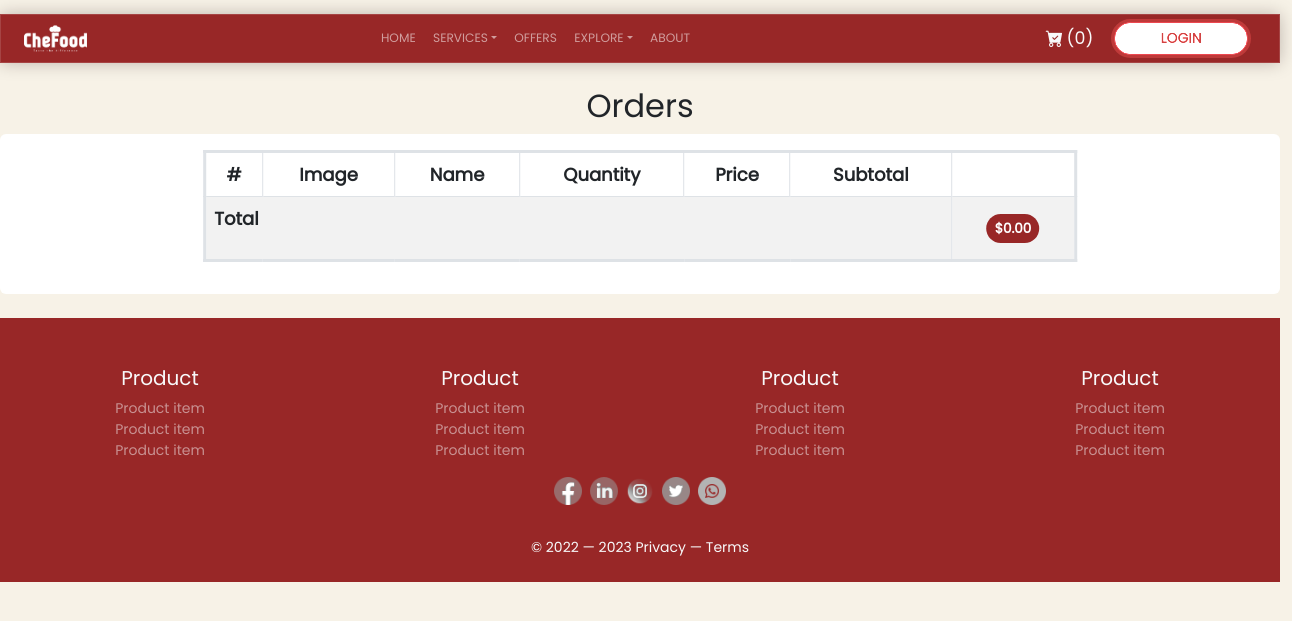
Repository: qamchamine/chefood
Page: /cart (app in front-end/)
These files come from the project's save history. The page is drawn as it stood at one moment and after a run of saves; the edit follows.
The browser window is 1280 px wide. The page is 1292 px wide, so the pictures cover 1292 px, including what lies to the right of the window. The pictures show the whole page.
The project was rebuilt for these pictures with package versions that can differ from the ones it lists, and the page was loaded fresh each time. Some packages were replaced by stand-ins written for this rebuild. Also part of the build but not shown: front-end/src/css/products.css, front-end/src/components/small_components/ProductCard.jsx, front-end/src/components/small_components/AddProduct.jsx, front-end/src/components/pages/sub-pages/Products.jsx, front-end/src/components/small_components/ButtonMain.jsx, front-end/src/components/small_components/HomeCard.jsx, front-end/src/components/small_components/HomeCardFullSection.jsx, front-end/src/components/pages/Home.jsx and 34 more. Imported but missing from the stored project, and not drawn on this page: front-end/src/sounds/applause.mp3, front-end/src/sounds/wheel.mp3.

Above is the page before, as saved 2023-06-25 20:15:25.

### front-end/public/index.html
<!DOCTYPE html>
<html lang="en">
  <head>
    <meta charset="utf-8" />
    <link rel="icon" href="%PUBLIC_URL%/favicon.ico" />
    <meta name="viewport" content="width=device-width, initial-scale=1" />
    <meta name="theme-color" content="#000000" />
    <meta
      name="description"
      content="Web site created using create-react-app"
    />
    <link
    rel="stylesheet"
    href="https://fonts.googleapis.com/css?family=Roboto:400,700"
  />
  <link rel="stylesheet" href="https://cdn.jsdelivr.net/npm/bootstrap-icons@1.10.5/font/bootstrap-icons.css">

    <link rel="apple-touch-icon" href="%PUBLIC_URL%/logo192.png" />
    <link rel="manifest" href="%PUBLIC_URL%/manifest.json" />

    <link rel="stylesheet" href="https://fonts.googleapis.com/icon?family=Material+Icons">

    <link rel="stylesheet" href="https://maxcdn.bootstrapcdn.com/font-awesome/4.7.0/css/font-awesome.min.css">
    <script src="https://code.jquery.com/jquery-3.5.1.min.js"></script>
    <script src="https://cdn.jsdelivr.net/npm/popper.js@1.16.0/dist/umd/popper.min.js"></script>




    <title>React App</title>
  </head>
  <body>

    <div id="root"></div>
<!--     <script src="jquery/jquery-3.6.0.js"></script>  -->
    <script src="https://unpkg.com/sweetalert/dist/sweetalert.min.js"></script>

  </body>
</html>

### front-end/src/config/ShoppingContext.jsx

  import React, { createContext, useState, useEffect } from 'react';
  import Swal from 'sweetalert2'
  import axios from 'axios';

   const ShoppingContext = createContext();

const ShoppingProvider = ({ children }) => {
/*     const [orders,setOrders] = useState([])
     */

/*       function removeFromCart(item){
        setCartItems(cartItems.filter(product => product.id !== item.id));
        Swal.fire({
          position: 'top-end',
          icon: 'success',
          title: 'Your item has been removed',
          showConfirmButton: false,
          timer: 1500
        });
      } */

      return (
    <ShoppingContext.Provider value={
        { /* orders,setOrders */
          /* products,  cartItems, removeFromCart */
        }
      }>      {children}
    </ShoppingContext.Provider>
  );
};
export { ShoppingContext, ShoppingProvider }

### front-end/src/components/small_components/shopping/Cart.jsx
import React,{useContext ,useEffect, useState} from 'react';
import axios from 'axios';
import '../../../css/cart.css'
import { ShoppingContext } from '../../../config/ShoppingContext';
import { LoginContext } from '../../../config/LoginContext';
import { getProd } from '../../pages/sub-pages/Products';
export default function Cart() {
    const {orders, setOrders} = useContext(LoginContext);
    const {prod, setProd} = useContext(LoginContext);
    const {userData, setUserData} = useContext(LoginContext);
    const {isLoggedIn} = useContext(LoginContext);
    const {loading, setLoading} = useContext(LoginContext);
    const [userOrders, setUserOrders] = useState([]);

/* useEffect(() => {
  setUserOrders(orders.filter(el=>el.user_id === 1))

  console.log(userOrders);
},[]); */

    return (
        <div className="row my-4 cart-page ">
            <h2 className='text-center'>Orders</h2>
            <div className="col-md-12">
                <div className="card">
                    <div className="card-body">
                        <table className="table table-hover table-striped ajouterPanierTable table-bordered">
                            <thead >
                                <tr>
                                    <th >#</th>
                                    <th >Image</th>
                                    <th >Name</th>
                                    <th >Quantity</th>
                                    <th >Price</th>
                                    <th>Subtotal</th>
                                    <th ></th>
                                </tr>
                            </thead>
                            <tbody>
                            { isLoggedIn?orders.map((item,i) => (
                                    <tr key={item.id}>

                                        <th scope="row">{i+1}</th>
                                        <td>
                {/*                             <img src={require(`../../../images/products/${prod.find(el=>el.id==item.product_id).category} (${prod.find((el,i)=>el.id===item.product_id).img}).png`)} alt={item.product_name}
                                                className="img-fluid rounded"
                                                width={60} height={60} /> */}
                                        </td>
                                        <td>{item.product_name}</td>
                                        <td>

                                            <b className="mx-2">
                                                {item.product_quantity}
                                            </b>

                                        </td>
                                        <td>{prod.find((el,i)=>el.id===item.product_id).price} <b>MAD</b> </td>
                                       <td>{(item.product_quantity * prod.find((el,i)=>el.id===item.product_id).price).toFixed(2)} MAD</td>
                                        <td>
                                            <i
                                                className="bi bi-cart-x text-danger"
                                                style={{cursor: 'pointer'}}
                                          /*       onClick={() => removeFromCart(item)} */
                                            ></i>
                                        </td>
                                    </tr>
                                )): ''
                            }
                            <tr>
                                <th colSpan={6} className="text-start">
                                    Total
                                </th>
                                <th colSpan={1} className=" b py-3">
                                    <span style={{background:'#982727'}} className="badge text-center p-2 rounded-pill ">
                                        $
                                        {
                                            orders.reduce((acc,item) => acc += item.product_quantity * prod.find((el,i)=>el.id===item.product_id).price,0).toFixed(2)
                                        }
                                    </span>
                                </th>
                            </tr>
                            </tbody>
                        </table>
                    </div>
                </div>
            </div>
        </div>
    )
}

### front-end/src/css/home.css
.homeBG {
    height: fit-content;
    position: relative;
    right: -10%;
    top: 34%;
    z-index: -1;
    width: 100em !important;


}
@font-face {
    font-family: 'poppin';
    src: url('../fonts/Poppins/Poppins-Regular.ttf') ;
    font-weight: normal;
    font-style: normal;
  }
body {
    font-family:'poppin', sans-serif !important;
    background-color: #F7F2E7 !important;
    max-width: 100vw;
    font-weight: normal !important;
    overflow-x: hidden;
    font-size: 14px !important;
}

body::-webkit-scrollbar {
    width: 0;
}

.nb {
/*     position: fixed; */
/*     top: 1em; */
    background-color: #982727 !important;
    box-shadow: 0 0px 20px #1f020241;
    border: 1px solid #ffffff22;
}

.navbar {
    background-color: #982727 !important;
}

.changeColor {
    background-color: blue !important;
}

.signUP {
    background: white !important;
    color: #982727 !important;
    font-weight: bold !important;
    outline: 5px solid #982727ab;
    outline-offset: -2px;
    transition: 500ms ease;


}

.homeContent {
    height: 90vh;
    z-index: 0;
    margin-top: -1.5em !important;
}

.homeContent h1 {
    color: #F7F2E7;
    text-align: start;
width: 40vw !important;
}

.homeContent h1 span {
    position: relative;
    display: inline-block;
    margin-bottom: 10px;
    padding: 4px 20px 8px;
    transition: 1s ease;
}

.homeContent h1 span::before {
    content: '';
    position: absolute;
    background: #982727;
    left: 0;
    top: 0;
    z-index: -1;
    width: 100%;
    height: 100%;
    transform: skew(-10deg);
}

.homeContent h1 span:last-child::before {
    transform: skew(10deg);
}

.homeContent p {
    width: 72%;
    color: #982727;
    text-align: left;
}

.homeContent .homeMainButtons {
    width: 72%;
}

.cardBtn {
    transition: 1s ease;
}

.cardBtn:hover {
    filter: brightness(130%);

}

.cardBtn i {
    left: 63%;
    transition: 300ms ease;
}

.cardBtn:hover i {
    left: 75%;
}

.btnMain:hover {
    filter: brightness(130%);
}

.card-img-top {
    object-fit: cover;
}

.signUP:hover {

    background: #982727 !important;
    color: white !important;
    font-weight: bold !important;
    outline: 5px solid #ffffff55;
    outline-offset: -4px;
}

.cardsGroup:not(:first-child) {
    translate: 50% 0;
}

.arrow-1-1 {
    position: absolute;
    top: 50%;
    left: 0;
}

.home .carousel-control-prev-icon,
.home .carousel-control-next-icon {

    width: 1.3em;
    height: 1.3em;
    color:black !important;

    outline: 12px solid #982929;
    outline-offset: -1px;
    background-color: #982929;
    background-size: 100%, 100%;
    border-radius: 50%;
    box-shadow: 0 0 10px black;
}

.home .carousel-control-prev,
.home .carousel-control-next {
    z-index: 10;
    width: 4em !important;
/*     background: red; */

}

/* .py-4 {
    padding-top: 0rem !important;
    padding-bottom: 0rem !important;
} */

.nb{
    zoom:87%;
}

### front-end/src/css/cart.css
.ajouterPanierTable td{
    font-size: .9em;
    width: fit-content !important;
    text-align: center;
}
.ajouterPanierTable th{
    width: fit-content !important;
    text-align: center;
}
.ajouterPanierTable {
width: 70% !important;
position: relative;
left: 50%;
translate: -50% 0;
border: .2em solid black;
}
.cart-page .card {
    box-shadow:none;
}

### front-end/src/css/Reviews.css
.Reviews-color
{
  color : #982727;
  text-transform: uppercase;
  letter-spacing: 0.5em;
}
.Reviews-paragraph
{
  font-size: 0.8em;
}
.parent-card{
    margin-top:50px !important;
}
.card
{
    border: none !important;
    box-shadow: 0 4px 8px 0 rgba(0, 0, 0, 0.2), 0 6px 20px 0 rgba(0, 0, 0, 0.19);
}
.user-name
{
    color : #000D7E;
}
.description
{
    color: #982727;
    font-size: 0.75em;
}
.comment{
    margin:5px;
    font-size:0.55em;
}
.reviewCardImage{
    margin-top:16px;
}
.reviewCard:hover .reviewCardImage{
    scale:1.2;
    margin-inline:.3em;
}
.reviewCard:hover .reviewCardImage{
    transition:300ms ease;
}
.reviewCard:hover .hoverstar{
    scale:1.2;
    margin-inline:.3em;
}
.reviewCard .hoverstar{
    transition:300ms ease;
}
.reviewCardImage{
    width:40%;
    transition:300ms ease;
}

.reviewCard strong{
    left:50%;
    translate:-50% 0;
    width:100%;
    bottom:.9em;
}

.the-bottom-page{
    margin-top:25px;
    position: absolute;
    left: auto;
    right: 0;
}

@media (max-width: 1200px) { /* Extra large devices (large desktops, 1200px and up) */
    .card {
      width: 100%;
    }
    .col-4 {
      width: 33.33333333%;
    }
    strong img{
        width: 19px;
    }
  }
  @media (max-width: 1118px) { /* Large devices (desktops, 992px and up) */
    .card {
      width: 100%;
    }
    .col-4 {
        width: 33.33333333%;
    }
    strong img{
        width: 16px;
    }
  }
  @media (max-width: 992px) { /* Medium devices (tablets, 768px and up) */
    .card {
        width: 140%;
    }
  }
  @media (max-width: 770px) { /* Medium devices (tablets, 768px and up) */
    .card {
        width: 95%;
    }
    .col-4 {
        width: 25% !important;
    }
    .parent-card
    {
        --bs-gutter-x: 0.5rem;
        display: grid !important;
        grid-template-columns: repeat(2, 1fr);
    }
    .col-4 {
        margin-top:10px !important;
        width: 60% !important;
    }
  }
  @media (max-width: 716px) { /* Small devices (landscape phones, 576px and up) */

    .card {
        width: 95%;
    }
        strong img{
        width: 16px;
    }
  }
  @media only screen and (max-width: 576px){ /* Small devices (landscape phones, 576px and up) */

    .card {
        width: 95%;
    }
    .col-md-2 {
        flex: 0 0 16.666667%;
        max-width: 16.666667%;
    }
    strong img{
        width: 16px;
    }
  }

  @media only screen and (max-width: 528px){ /* Small devices (landscape phones, 576px and up) */

    .card {
        width: 70%;
        margin-left:30px;
    }
    .parent-card
    {
        --bs-gutter-x: 0.5rem;
        display: grid !important;
        grid-template-columns: repeat(1, 1fr);
    }
    .col-md-2 {
        flex: 0 0 16.666667%;
        max-width: 16.666667%;
    }
    strong img{
        width: 16px;
    }
  }

  @media only screen and (max-width: 365px){ /* Small devices (landscape phones, 576px and up) */

    .card {
        width: 80%;
        margin-left:20px;
    }
    .parent-card
    {
        --bs-gutter-x: 0.5rem;
        display: grid !important;
        grid-template-columns: repeat(1, 1fr);
    }
    .col-md-2 {
        flex: 0 0 16.666667%;
        max-width: 16.666667%;
    }
    strong img{
        width: 16px;
    }
  }

### front-end/src/css/location.css
@import url('https://fonts.googleapis.com/css2?family=Roboto:wght@100&display=swap');

.location-color
{
  color : #982727;
  text-transform: uppercase;
  letter-spacing: 0.3em;
}
.where-restorant
{
    width: 459px;
    margin:auto;
}
.restorant-location-title{
    font-family: 'Century Gothic';
    font-size:32px;
    font-weight:400;
}
.restorant-location-line{
    background:#B12222;
    height: 3px;
    width: 450px;
    display: inline-block;
    margin: 15px auto;
}
.restorant-location-p
{
    color:#000000 75%;
    font-size: 15px;
    font-weight: 400;
    font-family: 'Roboto', sans-serif;
}
.main-location{
    display: grid !important;
    grid-template-columns: repeat(2, 1fr);
    flex-direction: column;
    justify-content: center;
    align-items: center;
    text-align:center;
}
.restorant-location-btn{
    background-color: #B12222;
    border: none;
    width: 300px;
    height: 40px;
    border-radius: 15px;
    color: #fff;
}
.restorant-location-btn:hover{
    background-color: #fff;
    border: 2px solid #B12222;
    border-radius: 15px;
    color: #B12222;
}
.location-icon{
    margin-right: 15px;
}


  @media (max-width: 1123px) { /* Extra large devices (large desktops, 1200px and up) */
    .earth-image img{
        width: 450px;
    }
  }
  @media (max-width: 992px) { /* Medium devices (tablets, 768px and up) */
    .earth-image img{
        width: 400px;
    }
    .where-restorant {
        width: 400px;
        margin: auto;
    }
    .restorant-location-line{
        width: 350px;
        display: inline-block;
    }
  }
  @media (max-width: 868px) { /* Medium devices (tablets, 768px and up) */

    .earth-image img{
        width: 380px;
    }
    .where-restorant {
        width: 380px;
        margin: auto;
    }
    .restorant-location-line{
        width: 320px;
        display: inline-block;
    }
    .restorant-location-p{
        font-size: 13px;
    }
    .restorant-location-title{
        font-size:28px;
    }

  }
  @media (max-width: 783px) { /* Small devices (landscape phones, 576px and up) */
    .earth-image img{
        margin-top: 30px;
        width: 380px;
    }
    .where-restorant {
        width: 380px;
        margin: auto;
    }
    .restorant-location-line{
        width: 320px;
        display: inline-block;
    }
    .restorant-location-p{
        font-size: 15px;
    }
    .restorant-location-title{
        font-size:32px;
    }
    .main-location{
        display: grid !important;
        grid-template-columns: repeat(1, 1fr);
        justify-items: center;
        text-align:center;
    }
  }
  @media(max-width: 401px){ /* Small devices (landscape phones, 576px and up) */
    .earth-image img{
        width: 330px;
        margin-top: 30px;
    }
    .where-restorant {
        width: 330px;
        margin: auto;
    }
    .restorant-location-line{
        width: 320px;
        display: inline-block;
    }
    .restorant-location-p{
        font-size: 13px;
    }
    .restorant-location-title{
        font-size:28px;
    }
    .main-location{
        display: grid !important;
        grid-template-columns: repeat(1, 1fr);
        justify-items: center;
        text-align:center;
    }
  }

### front-end/src/css/Timer.css

@import url(https://fonts.googleapis.com/css?family=Titillium+Web:400,200,200italic,300,300italic,900,700italic,700,600italic,600,400italic);

/* .timer {
  font-family: 'Titillium Web', cursive;
  width: 800px;
  margin: 0 auto;
  text-align: center;
  color: white;
  background: #222;
  font-weight: 100;
} */

.timer {
  display: inline-flex;
  line-height: 1;
  padding: 20px;
  font-size: 40px;
  font-family: 'Times New Roman', cursive;


}
.timerD{
    border-radius: 2px;
    padding: 5px;
    font-size: 10px;
    border: 70px rgb(131, 55, 55);
    box-shadow:2px 2px 4px rgba(0, 0, 0, 0.4), 4px 4px 8px rgba(0, 0, 0, 0.2);
}

.Stime {
  display: block;
  font-size: 20px;
  color: rgb(206, 178, 19);

}

#days {
  font-size: 80px;
  color: rgb(92, 25, 5);
  background-color:rgb(230, 230, 234);

  margin: 15px;
}
#hours {
  font-size: 80px;
  color: rgb(92, 25, 5);
  background-color:rgb(230, 230, 234);
  margin: 15px;
}
#minutes {
  font-size: 80px;

  color: rgb(92, 25, 5);
  background-color:rgb(230, 230, 234);
  margin: 15px;
}
#seconds {
  font-size: 80px;
  color: rgb(92, 25, 5);
  background-color:rgb(230, 230, 234);
  margin: 15px;
}

Loaded but not shown: front-end/src/index.css (common file); front-end/src/config/LoginContext.js (93 lines, source omitted); front-end/src/App.js (42 lines, source omitted); front-end/src/index.js (24 lines, source omitted); front-end/src/css/reservation.css (400 lines, source omitted); front-end/src/components/Navbar.jsx (179 lines, source omitted); front-end/src/css/nav-footer.css (258 lines, source omitted); front-end/src/css/contactus.css (178 lines, source omitted); front-end/src/components/Footer.jsx (57 lines, source omitted)

After the next 2 saves:
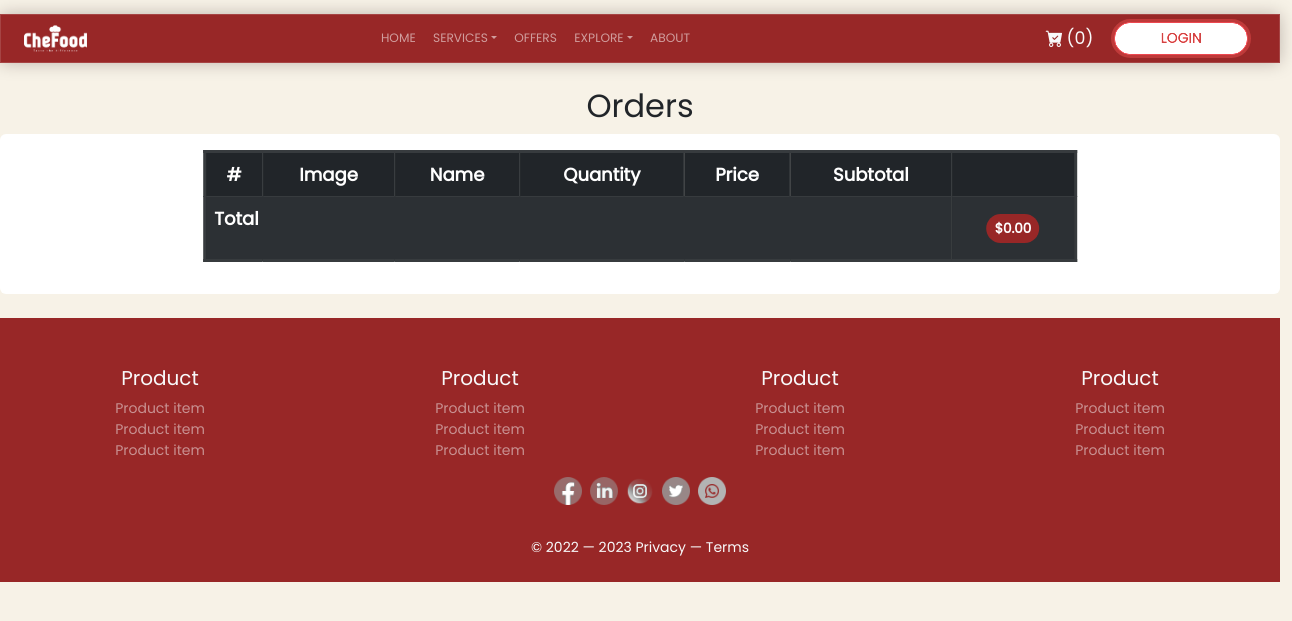
The 2 saves are shown as one change because they came seconds apart.
The last was saved 52 s later.
--- a/front-end/src/components/small_components/shopping/Cart.jsx
+++ b/front-end/src/components/small_components/shopping/Cart.jsx
@@ -24,7 +24,7 @@
             <div className="col-md-12">
                 <div className="card">
                     <div className="card-body">
-                        <table className="table table-hover table-striped ajouterPanierTable table-bordered">
+                        <table className="table table-dark table-striped ajouterPanierTable table-bordered">
                             <thead >
                                 <tr>
                                     <th >#</th>

After the save that followed:
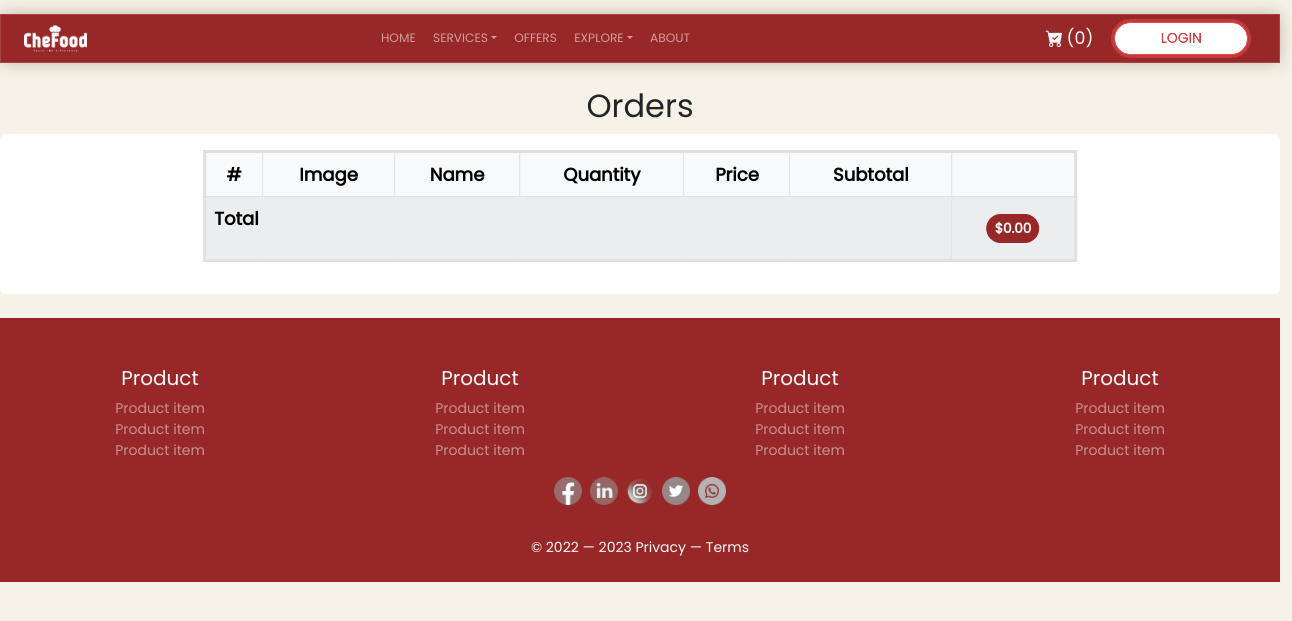
Saved 6 s later.
--- a/front-end/src/components/small_components/shopping/Cart.jsx
+++ b/front-end/src/components/small_components/shopping/Cart.jsx
@@ -24,7 +24,7 @@
             <div className="col-md-12">
                 <div className="card">
                     <div className="card-body">
-                        <table className="table table-dark table-striped ajouterPanierTable table-bordered">
+                        <table className="table table-light table-striped ajouterPanierTable table-bordered">
                             <thead >
                                 <tr>
                                     <th >#</th>
